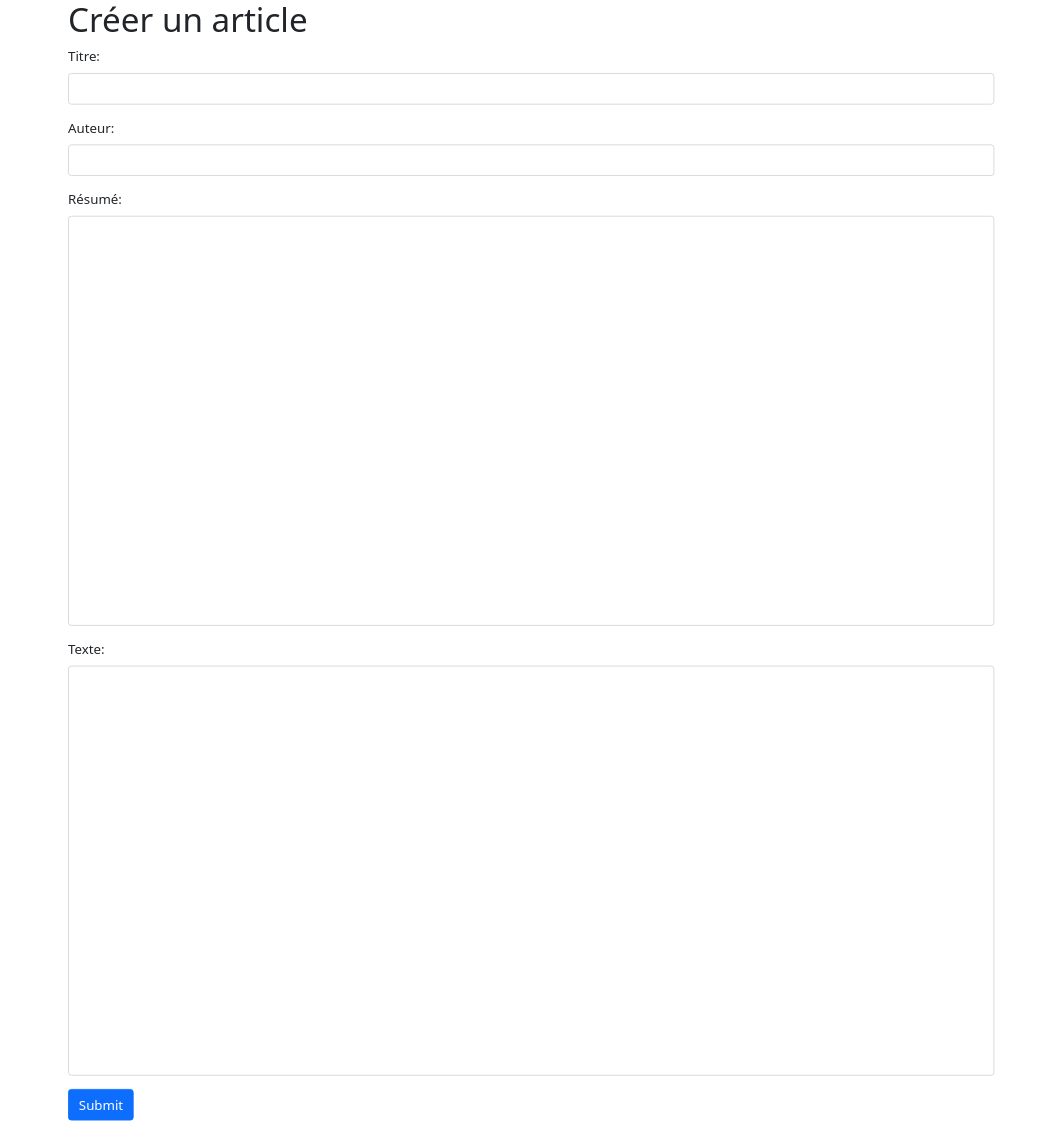
Repository: QuentinFayt/NewsWeb
Page: sources/adminNewsWeb/createArticle.html
An editor plug-in stored every save of this project. The page is shown before and after the next save, followed by the edit.
The browser window is 1280 px wide. The pictures show the whole page, at 83% of full size.

Above is the page before, as saved 2021-12-23 11:07:13.

### sources/adminNewsWeb/createArticle.html
<!doctype html>
<html lang="fr">

<head>
    <!-- Required meta tags -->
    <meta charset="utf-8">
    <meta name="viewport" content="width=device-width, initial-scale=1">

    <!-- Bootstrap CSS -->
    <link href="https://cdn.jsdelivr.net/npm/bootstrap@5.1.3/dist/css/bootstrap.min.css" rel="stylesheet" integrity="sha384-1BmE4kWBq78iYhFldvKuhfTAU6auU8tT94WrHftjDbrCEXSU1oBoqyl2QvZ6jIW3" crossorigin="anonymous">

    <title>Créer un article</title>
</head>

<body>
    <main class="container">
        <h1>Créer un article</h1>
        <form>
            <div class="mb-3">
                <label for="titre" class="form-label">Titre:</label>
                <input type="text" class="form-control" id="titre" required>
            </div>
            <div class="mb-3">
                <label for="autor" class="form-label">Auteur:</label>
                <input type="text" class="form-control" id="autor" required>
            </div>
            <div class="mb-3">
                <label for="summary" class="form-label">Résumé:</label>
                <textarea class="form-control" id="summary" rows="20" style="resize: none;" required></textarea>
            </div>
            <div class="mb-3">
                <label for="text" class="form-label">Texte:</label>
                <textarea class="form-control" id="text" rows="20" style="resize: none;" required></textarea>
            </div>
            <button type="submit" class="btn btn-primary">Submit</button>
        </form>
    </main>
    <script src="https://cdn.jsdelivr.net/npm/bootstrap@5.1.3/dist/js/bootstrap.bundle.min.js" integrity="sha384-ka7Sk0Gln4gmtz2MlQnikT1wXgYsOg+OMhuP+IlRH9sENBO0LRn5q+8nbTov4+1p" crossorigin="anonymous"></script>
</body>

</html>

After the next save:
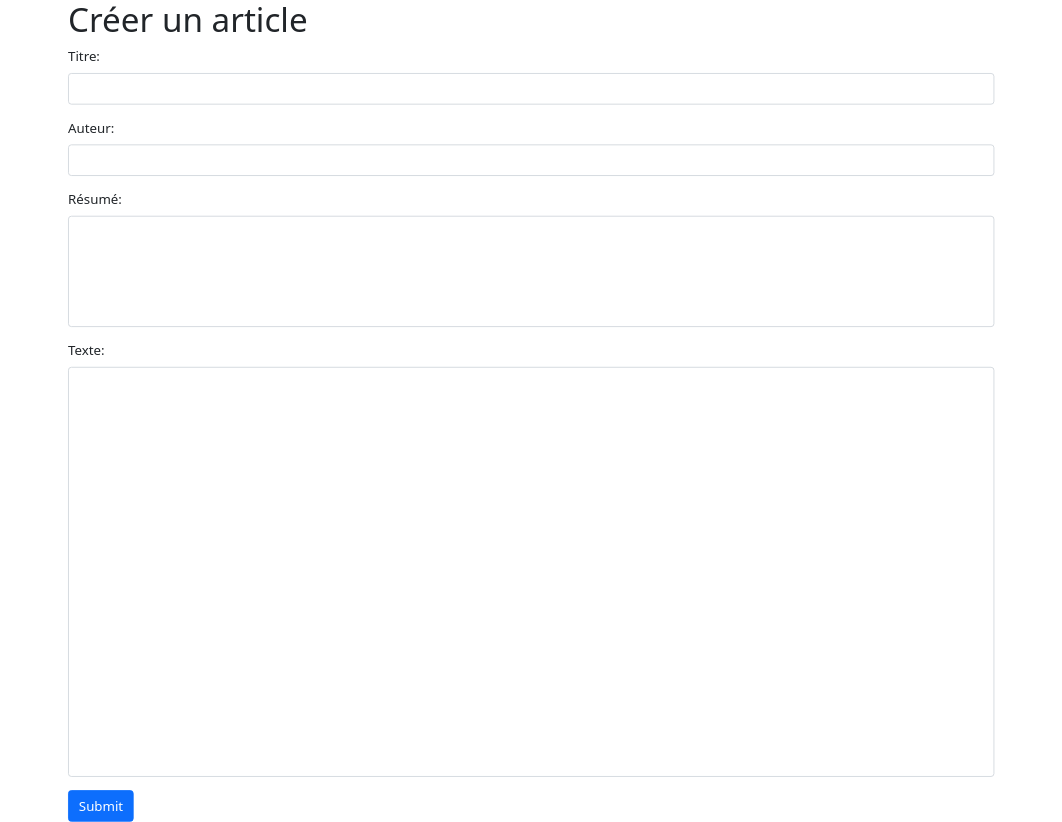
Saved 7 s later.
--- a/sources/adminNewsWeb/createArticle.html
+++ b/sources/adminNewsWeb/createArticle.html
@@ -26,7 +26,7 @@
             </div>
             <div class="mb-3">
                 <label for="summary" class="form-label">Résumé:</label>
-                <textarea class="form-control" id="summary" rows="20" style="resize: none;" required></textarea>
+                <textarea class="form-control" id="summary" rows="5" style="resize: none;" required></textarea>
             </div>
             <div class="mb-3">
                 <label for="text" class="form-label">Texte:</label>
